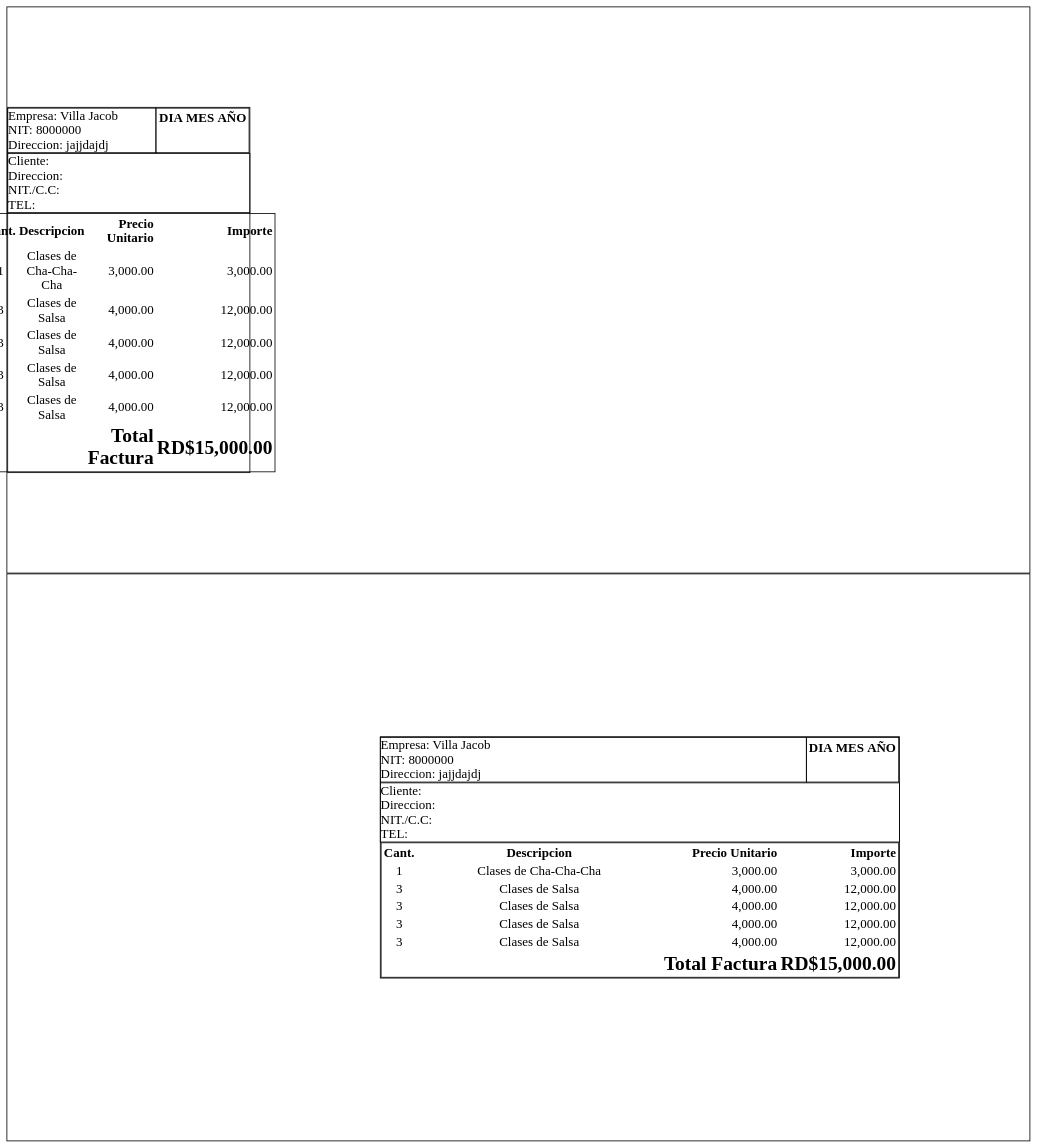
Repository: MrVanQish/FacturaEstructura
Page: index.html
The author's editor kept a copy of each file at every save. The page is drawn from the files as they stood at one save, then again after the next save.
The browser window is 1280 px wide. The pictures show the whole page, at 81% of full size.

Above is the page before, as saved 2021-09-29 11:13:56.

### index.html
<!DOCTYPE html>
<html lang="en">
<head>
    <meta charset="UTF-8">
    <meta http-equiv="X-UA-Compatible" content="IE=edge">
    <meta name="viewport" content="width=device-width, initial-scale=1.0">
    <title>Document</title>
    <link rel="stylesheet" href="styles.css">
</head>
<body>

    <div class="wrapper">

        <div class="factura1">
                <div class="infoEmpresa-f">
                    Empresa: Villa Jacob
                    <br>
                    NIT: 8000000
                    <br>
                    Direccion: jajjdajdj
                </div>

                <div class="fecha-f">
                    <table>
                        <tr>
                            <th>
                                DIA
                            </th>
                            <th>
                                MES
                            </th>
                            <th>
                                AÑO
                            </th>
                        </tr>
                    </table>
                </div>

                <div class="infoCliente-f">
                    <table>
                          <tbody>
                            <tr>
                                Cliente:
                            </tr>
                            <br>
                            <tr>
                                Direccion:
                            </tr>
                            <br>
                            <tr>
                                NIT./C.C:
                            </tr>

                            <br>
                            <tr>
                                TEL:
                            </tr>


                          </tbody>
                    </table>
                </div>


                    <div class="items-f row my-5">
                        <table class="table table-borderless factura">
                          <thead>
                            <tr>
                              <th>Cant.</th>
                              <th>Descripcion</th>
                              <th>Precio Unitario</th>
                              <th>Importe</th>
                            </tr>
                          </thead>
                          <tbody>
                            <tr>
                              <td>1</td>
                              <td>Clases de Cha-Cha-Cha</td>
                              <td>3,000.00</td>
                              <td>3,000.00</td>
                            </tr>
                            <tr>
                              <td>3</td>
                              <td>Clases de Salsa</td>
                              <td>4,000.00</td>
                              <td>12,000.00</td>
                            </tr>
                            <tr>
                              <td>3</td>
                              <td>Clases de Salsa</td>
                              <td>4,000.00</td>
                              <td>12,000.00</td>
                            </tr>
                            <tr>
                              <td>3</td>
                              <td>Clases de Salsa</td>
                              <td>4,000.00</td>
                              <td>12,000.00</td>
                            </tr>
                            <tr>
                                <td>3</td>
                                <td>Clases de Salsa</td>
                                <td>4,000.00</td>
                                <td>12,000.00</td>
                              </tr>

                          </tbody>
                          <tfoot>
                            <tr>
                              <th></th>
                              <th></th>
                              <th>Total Factura</th>
                              <th>RD$15,000.00</th>
                            </tr>
                          </tfoot>
                        </table>
                        <div class="cond row"></div>
                      </div>

        </div>

    </div>


    <div class="wrapper">

        <div class="factura2">
                <div class="infoEmpresa-f">
                    Empresa: Villa Jacob
                    <br>
                    NIT: 8000000
                    <br>
                    Direccion: jajjdajdj
                </div>

                <div class="fecha-f">
                    <table>
                        <tr>
                            <th>
                                DIA
                            </th>
                            <th>
                                MES
                            </th>
                            <th>
                                AÑO
                            </th>
                        </tr>
                    </table>
                </div>

                <div class="infoCliente-f">
                    <table>
                          <tbody>
                            <tr>
                                Cliente:
                            </tr>
                            <br>
                            <tr>
                                Direccion:
                            </tr>
                            <br>
                            <tr>
                                NIT./C.C:
                            </tr>

                            <br>
                            <tr>
                                TEL:
                            </tr>


                          </tbody>
                    </table>
                </div>


                    <div class="items-f row my-5">
                        <table class="table table-borderless factura">
                          <thead>
                            <tr>
                              <th>Cant.</th>
                              <th>Descripcion</th>
                              <th>Precio Unitario</th>
                              <th>Importe</th>
                            </tr>
                          </thead>
                          <tbody>
                            <tr>
                              <td>1</td>
                              <td>Clases de Cha-Cha-Cha</td>
                              <td>3,000.00</td>
                              <td>3,000.00</td>
                            </tr>
                            <tr>
                              <td>3</td>
                              <td>Clases de Salsa</td>
                              <td>4,000.00</td>
                              <td>12,000.00</td>
                            </tr>
                            <tr>
                              <td>3</td>
                              <td>Clases de Salsa</td>
                              <td>4,000.00</td>
                              <td>12,000.00</td>
                            </tr>
                            <tr>
                              <td>3</td>
                              <td>Clases de Salsa</td>
                              <td>4,000.00</td>
                              <td>12,000.00</td>
                            </tr>
                            <tr>
                                <td>3</td>
                                <td>Clases de Salsa</td>
                                <td>4,000.00</td>
                                <td>12,000.00</td>
                              </tr>

                          </tbody>
                          <tfoot>
                            <tr>
                              <th></th>
                              <th></th>
                              <th>Total Factura</th>
                              <th>RD$15,000.00</th>
                            </tr>
                          </tfoot>
                        </table>
                        <div class="cond row"></div>
                      </div>

        </div>

    </div>





</body>
</html>

### styles.css
@page {
    size: A4 landscape;
}

.factura {
  table-layout: fixed;
}

.factura > thead {
  border-top: solid 3px #000;
  border-bottom: 3px solid #000;
}

.factura > thead > tr > th:nth-child(2), .factura > tbod > tr > td:nth-child(2) {
  width: 300px;
}

.factura > thead > tr > th:nth-child(n+3) {
  text-align: right;
}

.factura > tbody > tr > td:nth-child(n+3) {
  text-align: right;
}

.factura > tfoot > tr > th, .factura > tfoot > tr > th:nth-child(n+3) {
  font-size: 24px;
  text-align: right;
}


.wrapper {
    height: 97vh;
    border: 1px solid #000;
    display: grid;
    grid-template-columns: 300px 1fr;
    grid-template-rows: auto;
    grid-template-areas:
      "f1 f2";
  }

  .factura1 {

    display: grid;
    grid-area: f1;
    align-self: center;
    justify-self: center;
    border: 1px solid #000;
    grid-template-columns: 1fr;
    grid-template-rows: auto auto auto;
    grid-template-areas:
      "infoEmpresa-f fecha-f"
      "infoCliente-f infoCliente-f"
      "items-f items-f"
  }

  .factura2 {

    display: grid;
    grid-area: f2;
    align-self: center;
    justify-self: center;
    border: 1px solid #000;
    grid-template-columns: 1fr;
    grid-template-rows: auto auto auto;
    grid-template-areas:
      "infoEmpresa-f fecha-f"
      "infoCliente-f infoCliente-f"
      "items-f items-f"
  }


.infoEmpresa-f{
    grid-area: infoEmpresa-f;
    border: 1px solid #000;
    align-self: center;
    justify-self: center;
    width: 100%;
}

.fecha-f{
    grid-area: fecha-f;
    border: 1px solid #000;
/*     align-self: center;
    justify-self: center; */
    text-align: center;
}

.infoCliente-f{
    grid-area: infoCliente-f;
    border: 1px solid #000;
    align-self: center;
    justify-self: center;
    width: 100%;
}

.items-f{
    grid-area: items-f;
    border: 1px solid #000;
    align-self: center;
    justify-self: center;
    text-align: center;
}

After the next save:
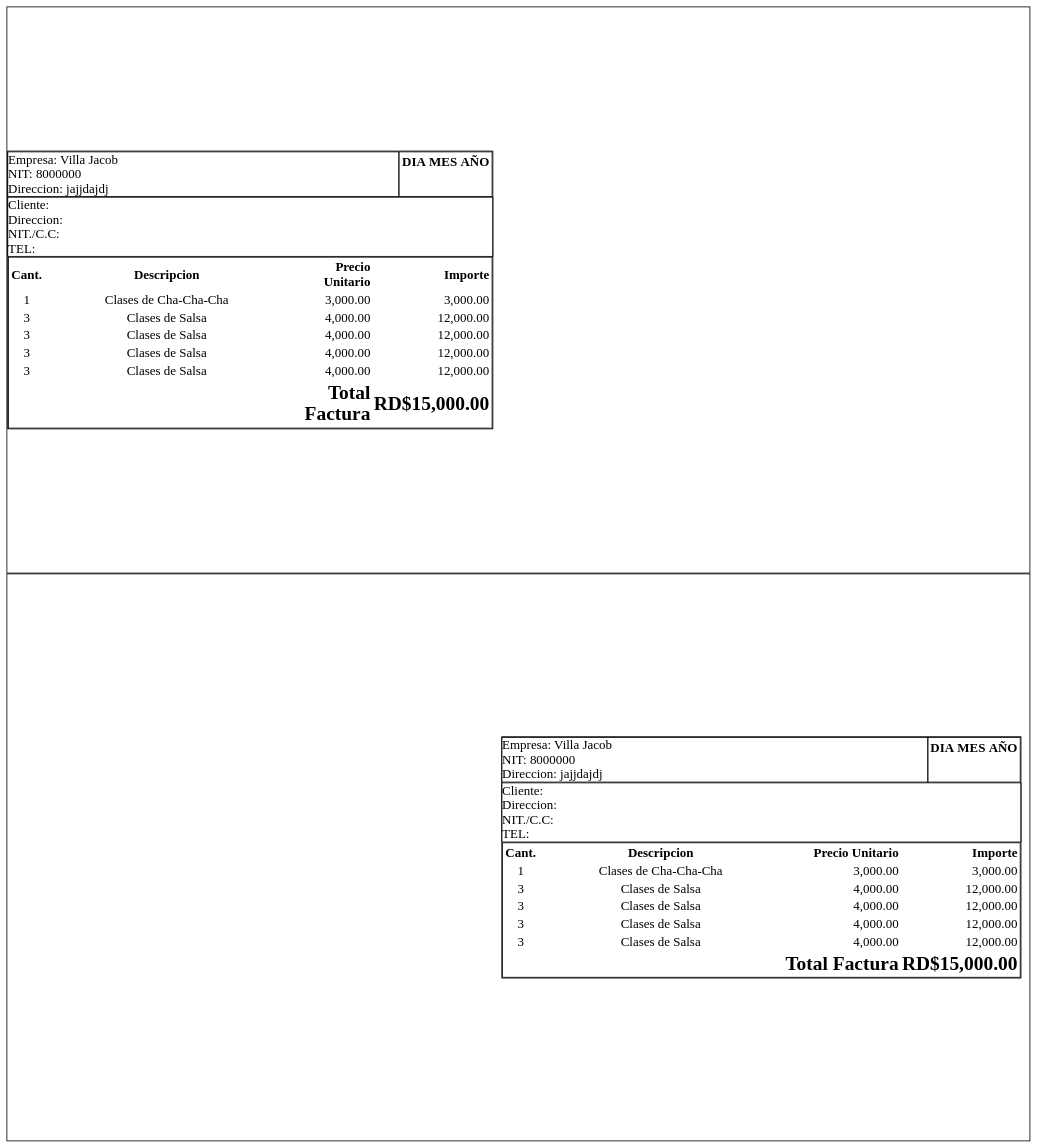
Saved 7 s later.
--- a/styles.css
+++ b/styles.css
@@ -33,7 +33,7 @@
     height: 97vh;
     border: 1px solid #000;
     display: grid;
-    grid-template-columns: 300px 1fr;
+    grid-template-columns: 600px 1fr;
     grid-template-rows: auto;
     grid-template-areas:
       "f1 f2";
